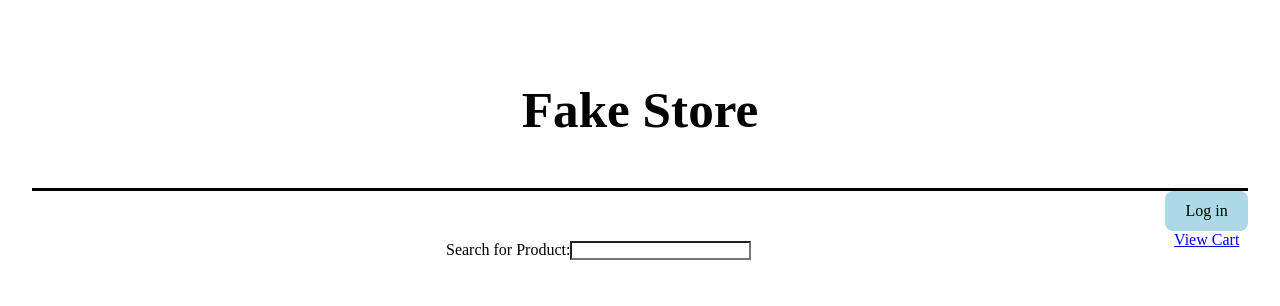
Repository: Andres513/CapStone
Page: /
The author's editor kept a copy of each file at every save. The page is drawn from the files as they stood at one save, then again after the next save.
The browser window is 1280 px wide. The pictures show the whole page.
The page's requests for data from a server got no answer. The project was rebuilt for these pictures with package versions that can differ from the ones it lists, and the page was loaded fresh each time. No one was signed in, and anything a server would have sent is missing. Also part of the build but not shown: vite.config.js, src/components/Login.jsx, src/components/Cart.jsx, src/components/SingleProduct.jsx, src/components/ProductsByCategory.jsx, src/components/LoggedOut.jsx, src/components/Checkout.jsx.

Above is the page before, as saved 2024-04-11 11:25:55.

### index.html
<!doctype html>
<html lang="en">
  <head>
    <meta charset="UTF-8" />
    <link rel="icon" type="image/svg+xml" href="/vite.svg" />
    <meta name="viewport" content="width=device-width, initial-scale=1.0" />
    <title>Fake Store!</title>
  </head>
  <body>
    <div id="root"></div>
    <script type="module" src="/src/main.jsx"></script>
  </body>
</html>

### src/App.jsx
import { useState } from 'react'
import FetchProducts from './components/FetchProducts'
import './App.css'
import { Routes, Route } from 'react-router-dom'
import Login from './components/Login'
import SingleProduct from './components/SingleProduct'
import ProductsByCategories from './components/ProductsByCategory'
import Cart from './components/Cart'
import { CartProvider } from './components/CartContext'
import LogOut from './components/LoggedOut'
import Checkout from './components/Checkout'

function App() {
  const [token, setToken] = useState(null)
  const [products, setProducts] = useState([])
  const [price, setPrice] = useState('')
  const [email, setEmail] = useState('')
  const [password, setPassword] = useState('')
  const [isLoggedIn, setIsLoggedIn] = useState(false)
  const [loggedOut, setLoggedOut] = useState(false)

  const handleSetToken = (newToken) => {
    setToken(newToken)
    setIsLoggedIn(true)
  }
  const handleSetProducts = (newProducts) => {
    setProducts(newProducts)
  }
  const handleSetPrice = (newPrice) => {
    setPrice(newPrice)
  }
  const handleLogout = () => {
    setToken(null)
    setIsLoggedIn(false)
    setLoggedOut(true)
  }
  return (

    <CartProvider isLoggedIn={isLoggedIn}>
      <>
        <Routes>
          <Route path="/login" element={<Login token={token} setToken={handleSetToken} email={email} setEmail={setEmail} password={password} setPassword={setPassword} isLoggedIn={isLoggedIn} setIsLoggedIn={setIsLoggedIn} handleLogout={handleLogout} />} />
          <Route path="/" element={<FetchProducts token={token} setToken={handleSetToken} products={products} setProducts={handleSetProducts} price={price} setPrice={handleSetPrice} isLoggedIn={isLoggedIn} handleLogout={handleLogout} loggedOut={loggedOut} setLoggedOut={setLoggedOut} />} />
          <Route path="/products/:id" element={<SingleProduct token={token} isLoggedIn={isLoggedIn} />} />
          <Route path="/category/:category" element={<ProductsByCategories products={products} setProduct={handleSetProducts} />} />
          <Route path="/cart" element={<Cart isLoggedIn={isLoggedIn} />} />
          <Route path="/logout" element={<LogOut />} />
          <Route path="/checkout" element={<Checkout/>}/>
        </Routes>
      </>
    </CartProvider>
  )
}

export default App

### src/index.css

* {
  margin: 0;
  padding: 0;
  box-sizing: border-box;
}
h1 {
  font-size: 3.2em;
  line-height: 1.1;
  padding-top: 50px;
  padding-bottom: 50px;
  border-bottom: 3px solid black;
}
input {
  background-color: white;
}
img {
  width: 70%;
  height: 70%;
}
.single-product > img {
  height: 60%;
  width: 60%;
  padding-top: 50px;
  padding-bottom: 50px;
}
.items-container {
  display: grid;
  grid-template-columns: repeat(auto-fill, minmax(330px, 1fr));
  grid-gap: 75px;
  padding-top: 50px;
}
.item {
  background-color: aliceblue;
  box-shadow: 5px 5px lightblue;
  transition: all .2s ease-in-out;
}
.item:hover {
  transform: scale(1.1);
}
.category-buttons {
  padding-bottom: 50px;
}
.category-container {
  display: grid;
  grid-template-columns: repeat(auto-fill, minmax(330px, 1fr));
  grid-gap: 100px;
  padding-top: 50px;

}
.category-item {
  transition: all .2s ease-in-out;
  background-color: aliceblue;
  box-shadow: 5px 5px lightblue;
}
.category-item:hover {
  transform: scale(1.1);
}
button {
  border-radius: 8px;
  border: 1px solid transparent;
  padding: 0.6em 1.2em;
  font-size: 1em;
  font-weight: 500;
  font-family: inherit;
  background-color: lightblue;
  cursor: pointer;
  transition: border-color 0.25s;
  transition: all .2s ease-in-out;
}
button:hover {
  transform: scale(1.1);
}
.navbar {
  float: right
}

### src/components/FetchProducts.jsx
import { useEffect, useState } from "react"
import { Link } from "react-router-dom"
import Login from "./Login"
import Categories from "./Categories"
import Cart from "./Cart"
import { useCart } from "./CartContext"

export default function FetchProducts({ products, setProducts, price, setPrice, token, setToken, isLoggedIn, setIsLoggedIn, handleLogout, loggedOut }) {
    const [error, setError] = useState(null)
    const [searched, setSearched] = useState('')
    const [addedToCart, setAddedToCart] = useState(false);
    const { cart, setCart } = useCart()

    useEffect(() => {
        async function fetchProducts() {
            try {
                const response = await fetch('https://fakestoreapi.com/products')
                const result = await response.json()
                setProducts(result)
                setPrice(result.price)
                console.log(result)
            } catch (error) {
                setError(error.message)
            }
        }
        fetchProducts()
    }, [])

    const searchedProduct = products.filter((product) => {
        return product.title.toLowerCase().includes(searched.toLowerCase());
    });

    console.log(isLoggedIn)
    return (
        <>
            <h1>Fake Store</h1>
            <nav className="navbar">
                {isLoggedIn ? (
                    <>
                        <Link to="/logout"><button onClick={handleLogout}>Log out</button><br /></Link>

                    </>
                ) : (
                    <Link to="/login"><button>Log in</button></Link>
                )}
                <br /><Link to="/cart">View Cart</Link>
            </nav>

            <Categories products={products} />
            <label className="search-bar">Search for Product:
                <input type="text" value={searched} onChange={(e) => setSearched(e.target.value)} />
            </label><br />

            <div className="items-container">
                {searchedProduct.map((product) => (
                    <div key={product.id} className="item">
                        <h3>{product.title}</h3>
                        <img src={product.image} alt={product.title} /><br />

                        <Link to={`/products/${product.id}`}>View Details</Link>

                    </div>
                ))}

            </div>
        </>
    )
}

### src/components/CartContext.jsx


import { createContext, useContext, useState, useEffect } from "react";

const CartContext = createContext()

export const useCart = () => useContext(CartContext)

export const CartProvider = ({ children }) => {
    const [cart, setCart] = useState(() => {
        const storedCart = localStorage.getItem('cart');
        return storedCart ? JSON.parse(storedCart) : [];
    });

    useEffect(() => {
        localStorage.setItem('cart', JSON.stringify(cart));
    }, [cart]);

    return (
        <CartContext.Provider value={{ cart, setCart }}>
            {children}
        </CartContext.Provider>
    )
}

### src/components/Categories.jsx
import { useState, useEffect } from "react";
import { Link } from "react-router-dom";

export default function Categories({ products }) {
    const [categories, setCategories] = useState([])

    useEffect(() => {
        async function fetchCategories() {
            try {
                const response = await fetch('https://fakestoreapi.com/products/categories')
                const result = await response.json()
                setCategories(result)
                console.log(categories)
            } catch (error) {
                console.error(error)
            }
        } fetchCategories()
    }, [])

    const filteredCategories = (category) => {
        return products.filter(product => product.category === category)
    }

    return (
        <div>
            <div className="category-buttons">
                {categories.map((category, index) => (
                    <button key={index}>
                        <Link to={`/category/${category}`}>{category}</Link>
                    </button>
                ))}
            </div>
        </div>
    );
}

Loaded but not shown: src/main.jsx (common file); src/App.css (common file)

After the next save:
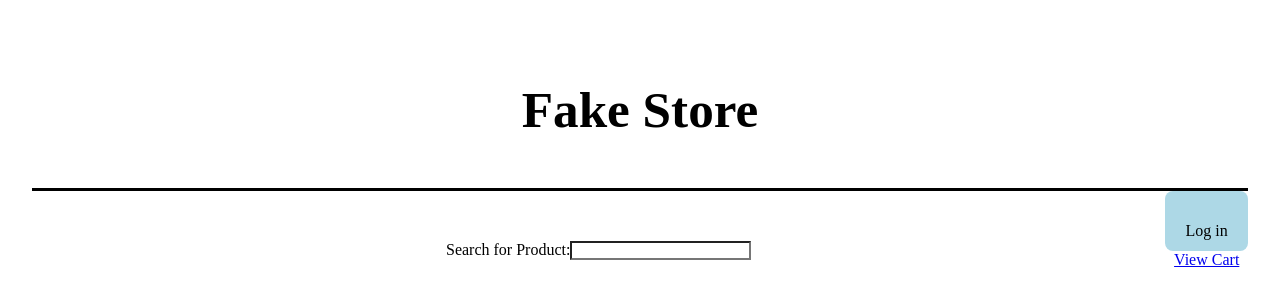
Saved 46 s later.
--- a/src/index.css
+++ b/src/index.css
@@ -60,6 +60,7 @@ button {
   border-radius: 8px;
   border: 1px solid transparent;
   padding: 0.6em 1.2em;
+  padding-top: 30px;
   font-size: 1em;
   font-weight: 500;
   font-family: inherit;
